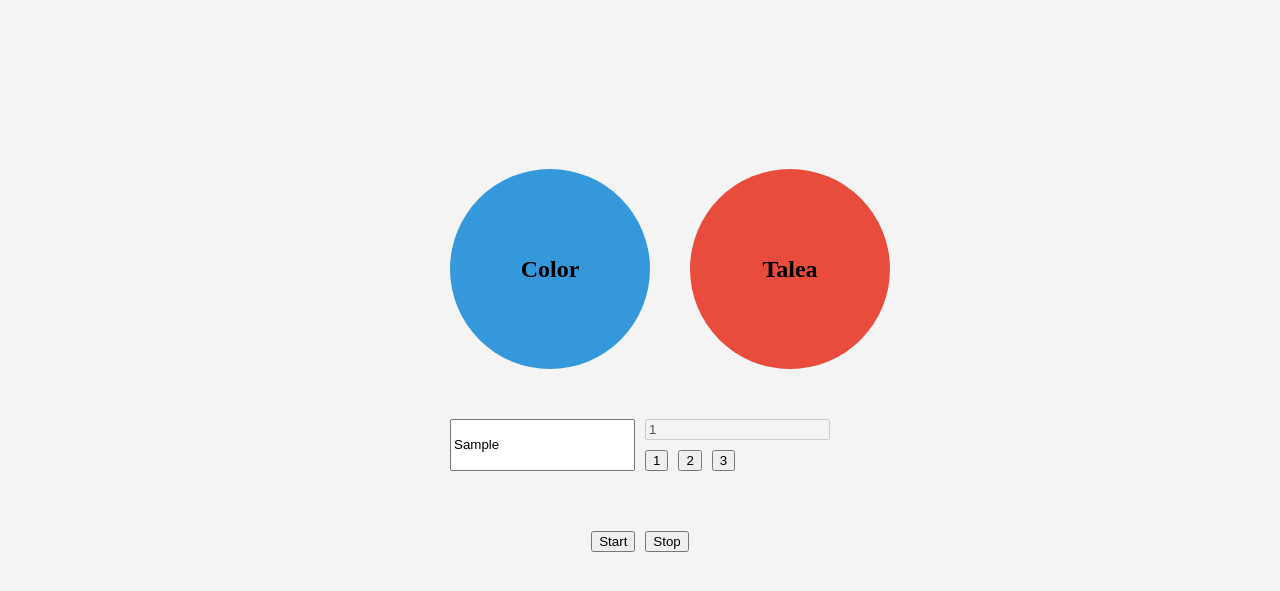
Repository: boshi-an/Isorhythm
Page: .vscode/Isorhythm/index.html
These files come from the project's save history. The page is drawn as it stood at one moment and after the next save; the edit follows.
The browser window is 1280 px wide. The pictures show the whole page.
Empty fields were first filled with sample values (such as "Sample", 5 or name@example.com).
After loading, the first visible `#button1` was clicked once.

Above is the page before, as saved 2023-10-18 23:04:37.
Console error: TypeError: Cannot read properties of null (reading 'value')

### .vscode/Isorhythm/index.html
<!DOCTYPE html>
<html lang="en">

<head>
    <meta charset="UTF-8">
    <meta name="viewport" content="width=device-width, initial-scale=1.0">
    <title>Rotating Circles</title>
    <link rel="stylesheet" href="styles.css">
</head>

<body>
    <div class="circleContainer">
        <div class="circle" id="circle1">
            <div class="letter">Color</div>
        </div>
        <div class="circle" id="circle2">
            <div class="letter">Talea</div>
        </div>
    </div>
    <div class="inputContainer">
        <input type="text" id="input1" placeholder="Input Color">
        <div class="taleaInputContainer">
            <div class="taleaInputBox">
                <input type="text" id="input2" placeholder="Input Talea" disabled>
            </div>
            <div class="taleaInputButton">
                <button id="button1" onclick="addNumber(1);">1</button>
                <button id="button2" onclick="addNumber(2);">2</button>
                <button id="button3" onclick="addNumber(3);">3</button>
            </div>
        </div>
    </div>
    <div class="uiContainer">
        <button id="startBtn">Start</button>
        <button id="stopBtn">Stop</button>
    </div>
    <script src="script.js"></script>
</body>

</html>

### .vscode/Isorhythm/styles.css
body {
    display: flex;
    flex-direction: column;
    /* Stack child elements vertically */
    justify-content: center;
    /* Center the content vertically */
    align-items: center;
    /* Center the content horizontally */
    height: 100vh;
    background-color: #f4f4f4;
    overflow: hidden;
    margin: 0;
    gap: 50px;
    /* Space between the circle container and the button container */
}

.circleContainer {
    display: flex;
    align-items: center;
    width: 420px;
    /* Adjust based on your circle sizes */
}

.inputContainer {
    display: flex;
    gap: 10px;
    margin-bottom: 10px;
}

.taleaInputContainer {
    display: flex;
    flex-direction: column;
    gap: 10px;
    margin-bottom: 0px;
}

.taleaInputBox {
    display: flex;
    gap: 10px;
}

.taleaInputButton {
    display: flex;
    gap: 10px;
}

.circle {
    width: 200px;
    height: 200px;
    border-radius: 50%;
    position: relative;
    display: flex;
    flex-shrink: 0;
    align-items: center;
    justify-content: center;
    margin: 0 20px;
}

.uiContainer {
    display: flex;
    gap: 10px;
}

.triangle {
    width: 0;
    height: 0;
    border-left: 50px solid transparent;
    border-right: 50px solid transparent;
    border-bottom: 87px solid #3498db;
    will-change: transform;
    transform-origin: 50% 50%;
}

.letter {
    position: absolute;
    font-size: 1.5em;
    font-weight: bold;
    top: 50%;
    left: 50%;
    transform-origin: 50% 50%;
    transform: translate(-50%, -50%);  /* Centering the letters */
}

#triangle1 {
    border-bottom: 87px solid #3498db;
    /* background-color: #3498db; */
}

#triangle2 {
    border-bottom: 87px solid #e74c3c;
    /* background-color: #e74c3c; */
}

#circle1 {
    background-color: #3498db;
}

#circle2 {
    background-color: #e74c3c;
}

### .vscode/Isorhythm/script.js
let angle1 = 180;
let angle2 = 0;
let letterPos = +20;
let circle1Size = 100;
let circle2Size = 100;
let rotateDist = 0;
let talea = [];
let animationId;
const circle1 = document.getElementById('circle1');
const circle2 = document.getElementById('circle2');

function rotateCircle() {
    rotateDist += 1;
    angle1 = (100 * rotateDist / circle1Size) % 360;
    angle2 = (-100 * rotateDist / circle2Size) % 360;
    circle1.style.transform = `rotate(${angle1}deg)`;
    circle2.style.transform = `rotate(${angle2}deg)`;
    animationId = requestAnimationFrame(rotateCircle);
}

document.getElementById('startBtn').addEventListener('click', () => {
    cancelAnimationFrame(animationId);
    rotateCircle();
});

document.getElementById('stopBtn').addEventListener('click', () => {
    rotateDist = 0;
    circle1.style.transform = `rotate(0deg)`;
    circle2.style.transform = `rotate(0deg)`;
    cancelAnimationFrame(animationId);
});

function updateLetters(circleId, inputId, bias) {
    const circle = document.getElementById(circleId);
    const inputText = document.getElementById(inputId).value;

    let circleR = inputText.length * 10;
    circle.style.width = `${circleR * 2}px`;
    circle.style.height = `${circleR * 2}px`;

    const size = circle.offsetWidth + letterPos;
    let rotateAngle = 0;
    let innerHTML = ""
    if (circleId == "circle1") {
        circle1Size = circle.offsetWidth;
        rotateAngle = 0;
        innerHTML = "<div class=\"letter\">Color</div>";
    }
    else if (circleId == "circle2") {
        circle2Size = circle.offsetWidth;
        rotateAngle = 180;
        innerHTML = "<div class=\"letter\">Talea</div>";
    }


    // Remove any existing letters
    if (size <= 100) {
        circle.innerHTML = "";
    }
    else {
        circle.innerHTML = innerHTML;
    }

    // Add new letters
    for (let i = 0; i < inputText.length; i++) {
        const angle = (i / inputText.length) * 360;
        const letterElem = document.createElement('div');
        letterElem.className = 'letter';
        letterElem.style.transform = `translate(-50%, -50%) rotate(${angle + bias}deg) translate(${size / 2}px) rotate(${rotateAngle}deg)`;
        letterElem.innerText = inputText[i];
        circle.appendChild(letterElem);
    }
}

function updateTalea(inputId) {
    const inputText = document.getElementById(inputId).value;
}

function addNumber(number) {
    // alert(number);
    document.getElementById('input2').value += number;
    updateTalea()
}

document.getElementById('input1').addEventListener('input', () => updateLetters('circle1', 'input1', 0));
document.getElementById('input2').addEventListener('input', () => updateLetters('circle2', 'input2', 180));
document.getElementById('input2').addEventListener('input', () => updateTalea('input2'));

// document.getElementById("button1").onclick = function () { addNumber(1); };

After the next save:
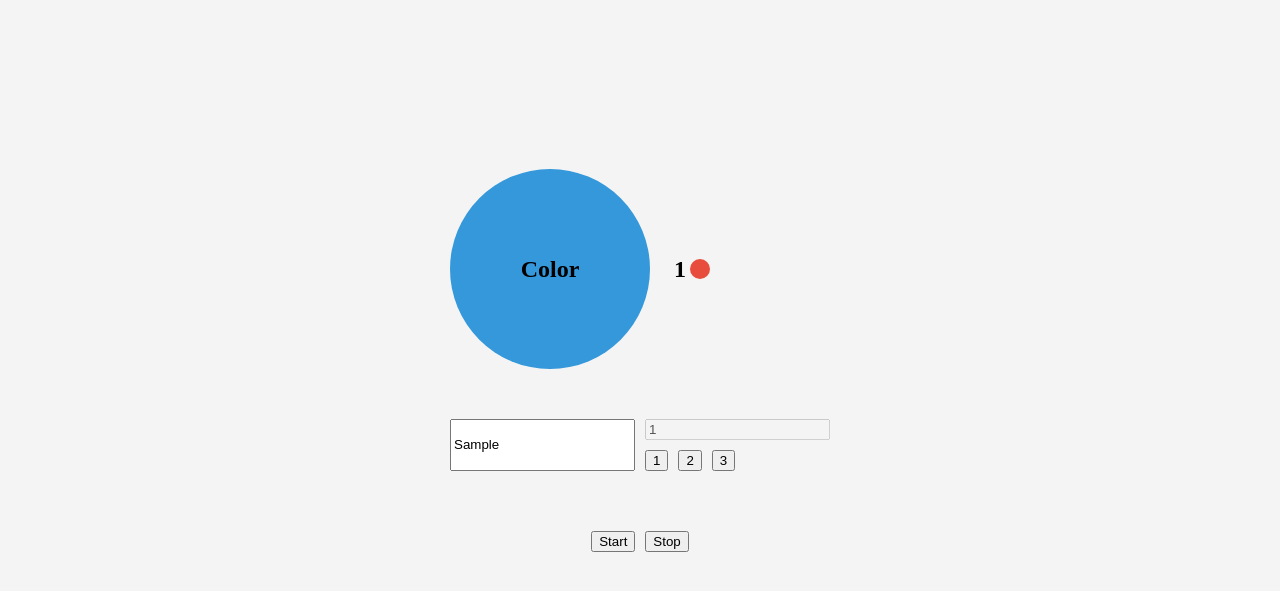
The error is gone.
Saved 54 s later.
--- a/.vscode/Isorhythm/script.js
+++ b/.vscode/Isorhythm/script.js
@@ -79,11 +79,12 @@ function updateTalea(inputId) {
 function addNumber(number) {
     // alert(number);
     document.getElementById('input2').value += number;
-    updateTalea()
+    updateTalea('input2');
+    updateLetters('circle2', 'input2', 180);
 }
 
 document.getElementById('input1').addEventListener('input', () => updateLetters('circle1', 'input1', 0));
-document.getElementById('input2').addEventListener('input', () => updateLetters('circle2', 'input2', 180));
-document.getElementById('input2').addEventListener('input', () => updateTalea('input2'));
+// document.getElementById('input2').addEventListener('input', () => updateLetters('circle2', 'input2', 180));
+// document.getElementById('input2').addEventListener('input', () => updateTalea('input2'));
 
 // document.getElementById("button1").onclick = function () { addNumber(1); };
